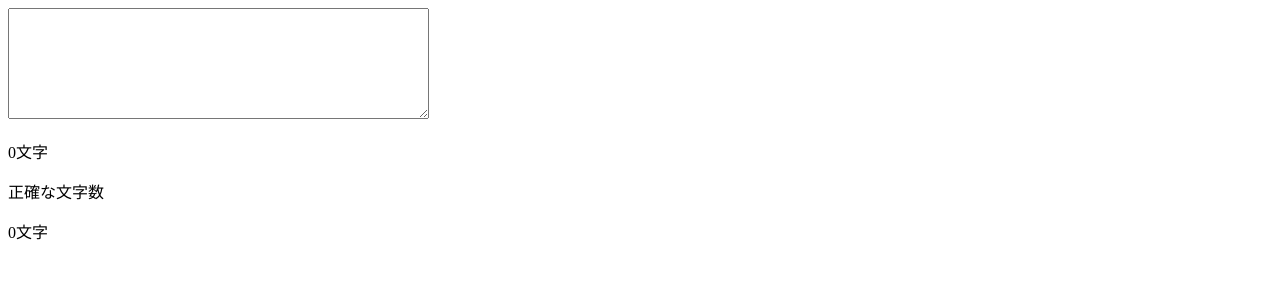
Repository: myojosamurai/Samurai_JS-
Page: javascript1/index10-2.html
The author's editor kept a record of every edit. The page is drawn from the files as they stood at one moment, then again after the next edit.
The browser window is 1280 px wide. The pictures show the whole page.

Above is the page before.

After the next edit:
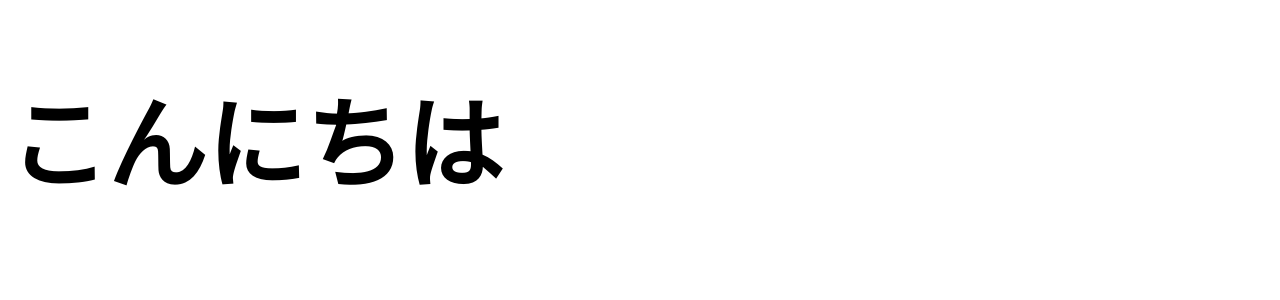
The edit:
--- a/javascript1/index10-2.html
+++ b/javascript1/index10-2.html
@@ -5,31 +5,18 @@
     <title>10.2 文字をアニメーションさせてみよう</title>
   </head>
 <body>
-    <textarea id="text" cols="50" rows="7"></textarea>
-    <p id="count">0文字</p>
-    正確な文字数<p id="count2">0文字</p>
+    <h1 id="text">こんにちは</h1>
 
     <script>
-        const text = document.getElementById("text");
-        const count = document.getElementById("count");
-        const count2 = document.getElementById("count2");
+    const h1 = document.getElementById("text");
+    let count = 0;
 
-        text.addEventListener("keyup", () => {
+    const timer = setInterval(() => {
+        h1.style.fontSize = count + `px`;
+        count++;
 
-        // テキストエリアの文字列を取得する
-        const inputText = text.value;
-
-        // 文字数を取得＆出力する
-        count.textContent = inputText.length + "文字";
-
-
-        const removedEx = inputText.replace(/\n|\s/g, "");
-        count2.textContent = removedEx.length + "文字";
-
-
-
-        });
-
+        if (count >= 100) clearInterval(timer);
+    }, 10);
     </script>
 </body>
 </html>
